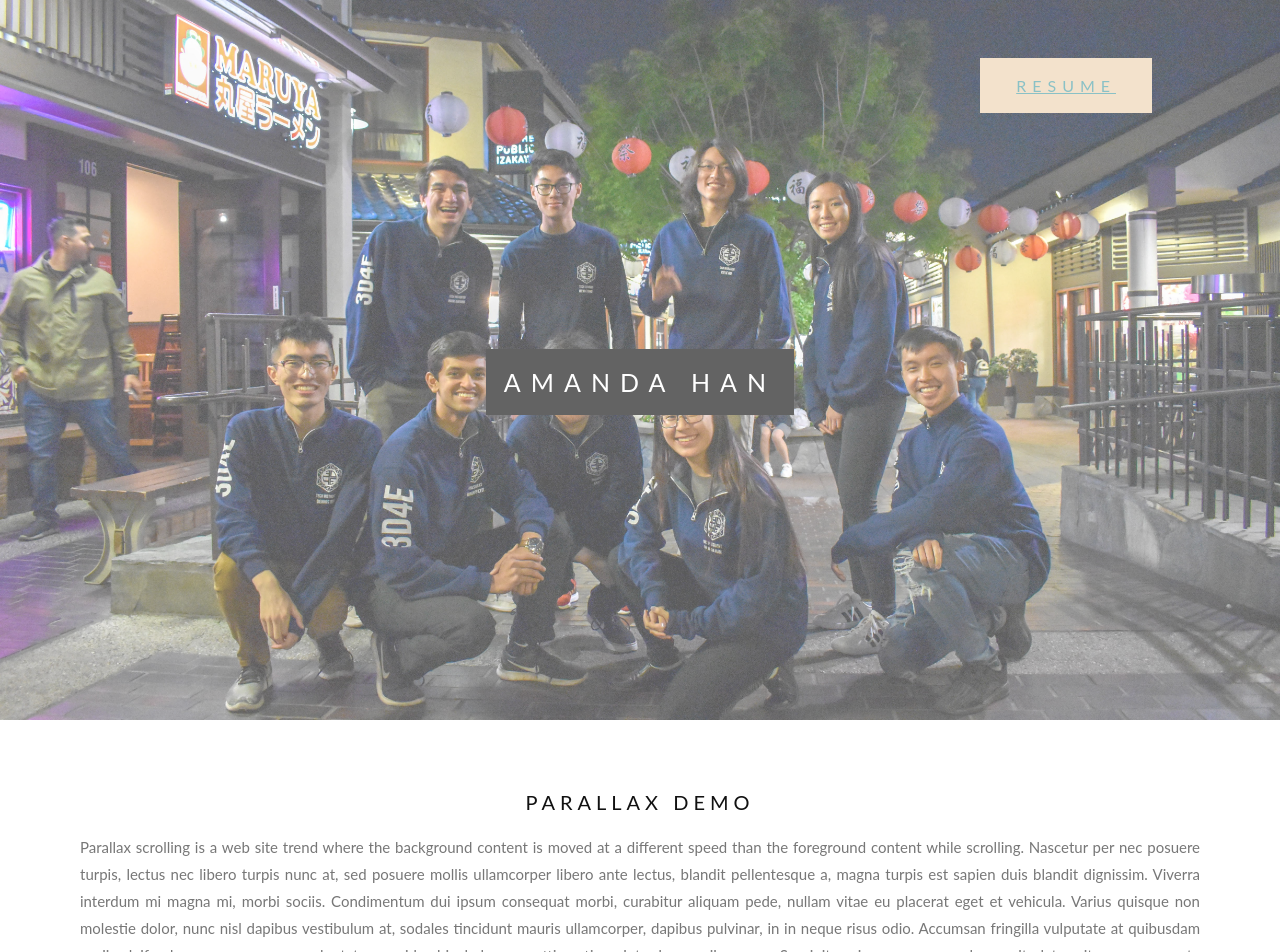
Repository: aliyuanh/me
Page: index.html
These files come from the project's save history. The page is drawn as it stood at one moment and after the next save; the edit follows.
The browser window is 1280 px wide. The pictures show the part of the page from y = 0 to 952 px (the page is 2895 px tall).

Above is the page before, as saved 2020-09-17 00:27:56.

After the next save:
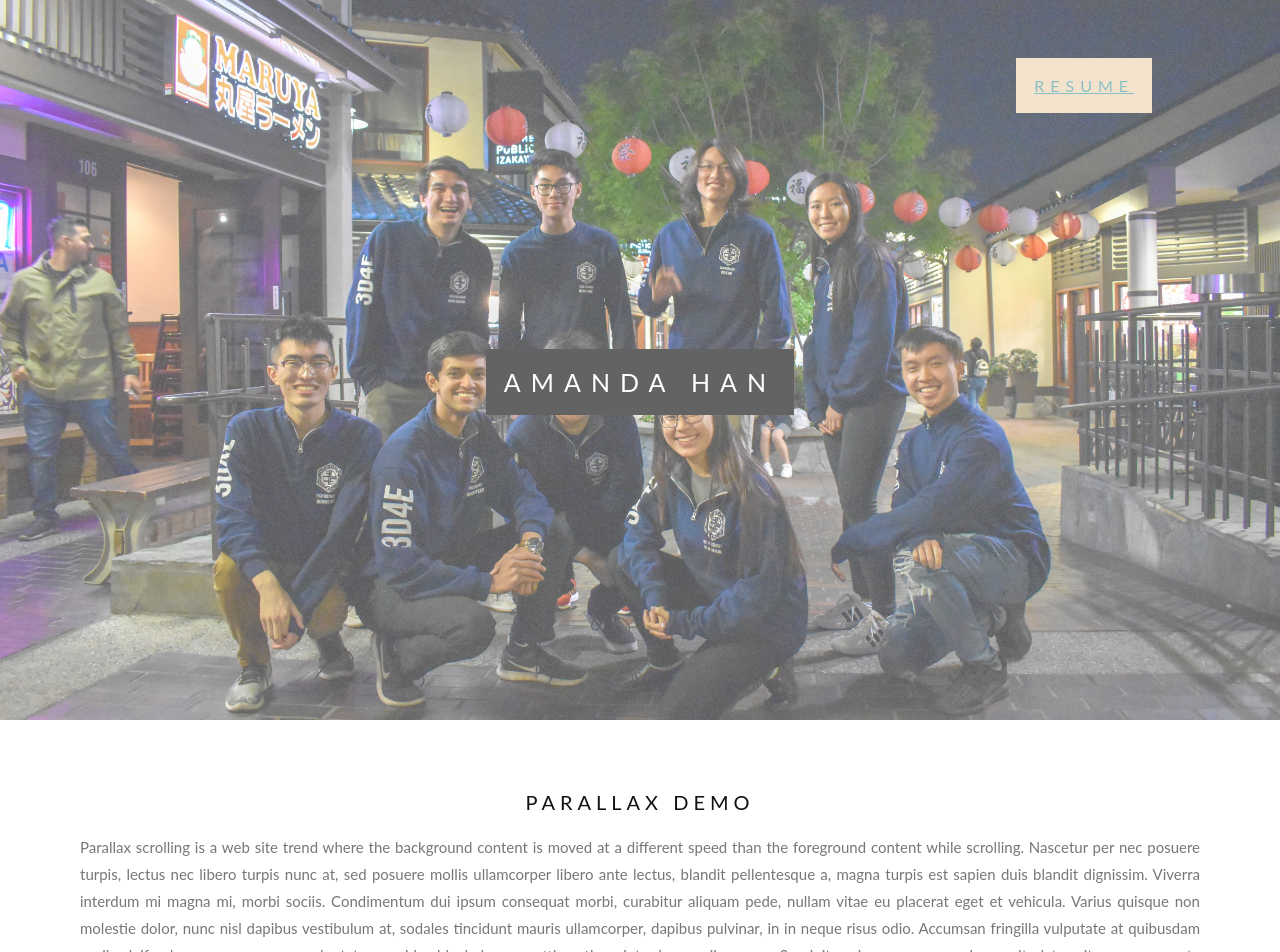
Saved 7 s later.
--- a/index.html
+++ b/index.html
@@ -103,7 +103,7 @@
 
     <div class="bgimg-1">
         <div class="toResume">
-            <span class="resumeButton"><a class="resumeButton" href="https://drive.google.com/file/d/1WPi9M0jbwAtVQjWsxIvFWxaKqeurGUjf/view?usp=sharing">RESUME</a></span>
+            <a class="resumeButton" href="https://drive.google.com/file/d/1WPi9M0jbwAtVQjWsxIvFWxaKqeurGUjf/view?usp=sharing">RESUME</a>
         </div>
         <div class="caption">
             <span class="border">AMANDA HAN</span>
